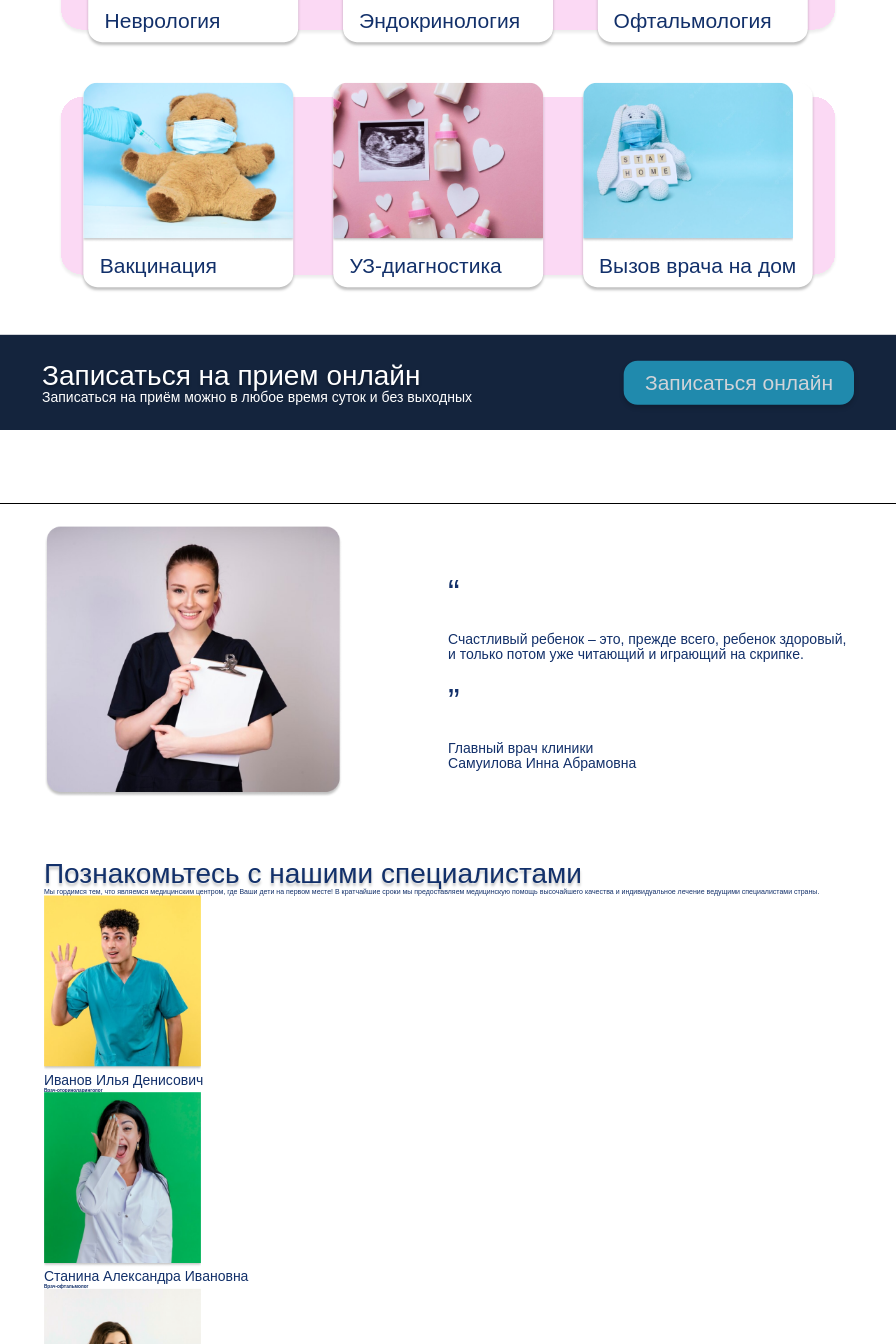
Repository: Normandy72/Landing-Page-Happy-Child
Page: index.html
These files come from the project's save history. The page is drawn as it stood at one moment and after the next save; the edit follows.
The browser window is 1280 px wide. The pictures show the part of the page from y = 2185 to 4105 px (the page is 8064 px tall), at 70% of full size.
Some web fonts or font styles are not loaded; a fallback is used.

Above is the page before, as saved 2022-11-12 14:29:54.

### index.html
<!DOCTYPE html>
<html lang="en">
<head>
    <meta charset="UTF-8">
    <meta http-equiv="X-UA-Compatible" content="IE=edge">
    <meta name="viewport" content="width=device-width, initial-scale=1.0">
    <link href="https://fonts.googleapis.com/css2?family=Neucha&display=swap" rel="stylesheet">
    <link href="https://fonts.googleapis.com/css2?family=Coustard:wght@400;900&display=swap" rel="stylesheet">
    <link rel="icon" href="resources/icon/stethoscope.ico" sizes="16x16">
    <link rel="icon" href="resources/icon/stethoscope.ico" sizes="32x32">
    <link rel="icon" href="resources/icon/stethoscope.ico" sizes="64x64">
    <link rel="stylesheet" href="styles/main.css">
    <title>Happy Child</title>
</head>

<body>
    <header>
        <div class="wrapper layout-3-columns">
            <a href="#">
                <div class="header__logo"></div>
            </a>
            <nav class="header__navigation">
                <a class = "navigation__link" href="#">Главная</a>
                <a class = "navigation__link" href="#">Услуги</a>
                <a class = "navigation__link" href="#">Врачи</a>
                <a class = "navigation__link" href="#">Новости</a>
                <a class = "navigation__link" href="#">Запись на прием</a>
                <a class = "navigation__link" href="#">Контакты</a>
            </nav>
            <a href="tel: +375291030303">
                <div class="header__phone"></div>
            </a>
        </div>
    </header>

    <main>
        <section class="section__main">
            <div class="wrapper">
                <div class="main__text">
                    <div class="main__logo"></div>
                    <h1>Медицинский центр для детей</h1>
                    <h5>только актуальные рекомендации, основанные на доказательствах</h5>
                    <button class="button button_accented">Записаться на прием</button>
                </div>
            </div>
        </section>

        <section class="section__information wrapper">
            <div class="information__block block__phone">
                <div class="block__icon"></div>
                <h2>Контакты</h2>
                <h3>+375 29 103-03-03</h3>
                <h3>+375 17 103-03-03</h3>
            </div>
            <div class="information__block block__shedule">
                <div class="block__icon"></div>
                <h2>График работы</h2>
                <h3>Пн. - Пт. :    8:00 - 21:00</h3>
                <h3>Сб. - Вс. :    9:00 - 18:00</h3>
            </div>
        </section>

        <section class="section__services">
            <div class="wrapper">
                <h2 class="heading_dark">Наши услуги</h2>
                <div class="divider"></div>
                <div class="services__cards layout-3-columns">
                    <div class="services__card">
                        <img src="resources/img/services/pediatria.png" alt="pediatria">
                        <h4>Педиатрия</h4>
                    </div>

                    <div class="services__card">
                        <img src="resources/img/services/pulmo.png" alt="pulmo">
                        <h4>Пульмонология</h4>
                    </div>

                    <div class="services__card">
                        <img src="resources/img/services/cardio.png" alt="cardio">
                        <h4>Кардиология</h4>
                    </div>
                </div>

                <div class="services__cards layout-3-columns">
                    <div class="services__card">
                        <img src="resources/img/services/lor.png" alt="lor">
                        <h4>Оториноларингология</h4>
                    </div>

                    <div class="services__card">
                        <img src="resources/img/services/allergo.png" alt="allergo">
                        <h4>Аллергология</h4>
                    </div>

                    <div class="services__card">
                        <img src="resources/img/services/surgery.png" alt="surgery">
                        <h4>Хирургия</h4>
                    </div>
                </div>

                <div class="services__cards layout-3-columns">
                    <div class="services__card">
                        <img src="resources/img/services/neuro.png" alt="neuro">
                        <h4>Неврология</h4>
                    </div>

                    <div class="services__card">
                        <img src="resources/img/services/endocryn.png" alt="endocryn">
                        <h4>Эндокринология</h4>
                    </div>

                    <div class="services__card">
                        <img src="resources/img/services/ophtalm.png" alt="ophtalm">
                        <h4>Офтальмология</h4>
                    </div>
                </div>

                <div class="services__cards layout-3-columns">
                    <div class="services__card">
                        <img src="resources/img/services/vaccination.png" alt="vaccination">
                        <h4>Вакцинация</h4>
                    </div>

                    <div class="services__card">
                        <img src="resources/img/services/usd.png" alt="usd">
                        <h4>УЗ-диагностика</h4>
                    </div>

                    <div class="services__card">
                        <img src="resources/img/services/stayhome.png" alt="stayhome">
                        <h4>Вызов врача на дом</h4>
                    </div>
                </div>
            </div>
        </section>

        <section class="section__addition">
            <div class="wrapper addition__info layout-2-columns">
                <div class="addition__text">
                    <h2>Записаться на прием онлайн</h2>
                    <h5>Записаться на приём можно в любое время суток и без выходных</h5>
                </div>
                <button class="button button_standart">Записаться онлайн</button>
            </div>
        </section>

        <section class="wrapper section__chief layout-2-columns">
            <div class="chief__foto"></div>
            <div class="chief__text">
                <div class="text__lines">
                    <div class="lines__line"></div>
                    <p>“</p>
                    <div class="lines__line"></div>
                </div>
                <h5>Счастливый ребенок – это, прежде всего, ребенок здоровый, и только потом уже читающий
                и играющий на скрипке.</h5>
                <div class="text__lines">
                    <div class="lines__line"></div>
                    <p>”</p>
                    <div class="lines__line"></div>
                </div>
                <h5>Главный врач клиники</h5>
                <div class="chief__logo"></div>
                <h5>Самуилова Инна Абрамовна</h5>
            </div>
        </section>

        <section class="wrapper section__doctors">
            <h2 class="heading_dark">Познакомьтесь с нашими специалистами</h2>
            <p>Мы гордимся тем, что являемся медицинским центром, где Ваши дети на первом месте!
                В кратчайшие сроки мы предоставляем медицинскую помощь высочайшего качества и индивидуальное лечение ведущими специалистами страны. </p>
            <div class="doctors__arrays">
                <div></div>
                <div></div>
            </div>
            <div class="doctors__cards">
                <div class="doctors__card">
                    <img src="resources/img/doctors/ivanov1.png" alt="ivanov1">
                    <h5>Иванов Илья Денисович</h5>
                    <h6>Врач-оториноларинголог</h6>
                </div>

                <div class="doctors__card">
                    <img src="resources/img/doctors/stanina1.png" alt="stanina1">
                    <h5>Станина Александра Ивановна</h5>
                    <h6>Врач-офтальмолог</h6>
                </div>

                <div class="doctors__card">
                    <img src="resources/img/doctors/tkachenko1.png" alt="tkachenko1">
                    <h5>Ткаченко Антонина Львовна</h5>
                    <h6>Врач-невролог</h6>
                </div>

                <div class="doctors__card">
                    <img src="resources/img/doctors/savenko1.png" alt="savenko1">
                    <h5>Савенко Алина Викторовна</h5>
                    <h6>Врач-педиатр</h6>
                </div>

                <div class="doctors__card">
                    <img src="resources/img/doctors/krotov1.png" alt="krotov1">
                    <h5>Кротов Алексей Геннадьевич</h5>
                    <h6>Врач-хирург</h6>
                </div>

                <div class="doctors__card">
                    <img src="resources/img/doctors/karpovich1.png" alt="karpovich1">
                    <h5>Карпович Анна Игоревна</h5>
                    <h6>Врач-кардиолог</h6>
                </div>

                <div class="doctors__card">
                    <img src="resources/img/doctors/akulich1.png" alt="akulich1">
                    <h5>Акулич Олег Васильевич</h5>
                    <h6>Врач-эндокринолог</h6>
                </div>

                <div class="doctors__card">
                    <img src="resources/img/doctors/astapenko1.png" alt="astapenko1">
                    <h5>Астапенко Ирина Эдуардовна</h5>
                    <h6>Врач УЗ-диагностики</h6>
                </div>
            </div>
        </section>

        <section>
            <div class="section__lines">
                <div></div>
                <div></div>
                <div></div>
            </div>
            <div class="wrapper section__news">
                <h2 class="heading_dark">Новости</h2>
                <div class="news_card">
                    <img src="resources/img/news/news1.png" alt="news1">
                    <h4>25. 07. 2022   15 : 00</h4>
                    <h3>Всемирный день здоровья полости рта</h3>
                    <h5>Взрослея, организм ребенка испытывает множество изменений. В честь Всемирного дня здоровья полости рта наши стоматологи расскажут родителям и детям, как заботиться о зубах и деснах в разных возрастных периодах, какие средства использовать, чтобы смена молочных зубов прошла легко и безболезненно, и еще много-много полезного!</h5>
                    <a href="#">Подробнее...</a>
                </div>

                <div class="news_card">
                    <img src="resources/img/news/news2.png" alt="news1">
                    <h4>27. 07. 2022   13 : 30</h4>
                    <h3>Европейская неделя иммунизации</h3>
                    <h5>Знаете ли Вы, что иммунизация является единственным и надежным способом борьбы с эпидемиологическими заболеваниями, такими как корь, полиомиелит, эпидемический паротит и др.? В рамках Европейской недели иммунизации врач-педиатр Савенко Алина Викторовна познакомит Вас с текущим календарем профилактических прививок и ответит на все волнующие Вас вопросы! </h5>
                    <a href="#">Подробнее...</a>
                </div>

                <div class="news_card">
                    <img src="resources/img/news/news3.png" alt="news1">
                    <h4>28. 07. 2022    16 : 00</h4>
                    <h3>Международный день офтальмологии</h3>
                    <h5>Ухудшение зрения может лишить человека возможности заниматься любимым делом. Хорошо, что современная офтальмология обладает широкими возможностями для лечения многих заболеваний глаз.  Приходите к нам в Международный день офтальмологии и узнайте, что рекомендуют специалисты для профилактии заболеваний глаз.</h5>
                    <a href="#">Подробнее...</a>
                </div>
            </div>
        </section>

        <section class="section__addition">
            <div class="wrapper addition__info layout-2-columns">
                <div class="addition__text">
                    <h2>Подписаться на рассылку</h2>
                    <h5>Будьте в курсе новостей !</h5>
                </div>
                <form class="addition__form">
                    <input class = "addition__input" type="text" value="Email">
                    <button class="button button_standart">Подписаться</button>
                </form>
            </div>
        </section>

        <section class="wrapper section__callback">
            <div class="callback__form">
                <h2 class="heading_dark">Остались вопросы?</h2>
                <h5>Оставьте заявку, мы Вам перезвоним!</h5>
                <form action="">
                    <input class="callback__input" type="text" value="Ваше имя">
			        <input class="callback__input" type="tel" placeholder="Номер телефона" pattern="+375(29,17,33,44)[0-9]{3}-[0-9]{2}-[0-9]{2}" required>
			        <select class="callback__input" name="menu" size="1">
				        <option>Желаемая услуга</option>
				        <option value="ped">Педиатрия</option>
				        <option value="pulmo">Пульмонология</option>
				        <option value="cardio">Кардиология</option>
				        <option value="lor">Оториноларингология</option>
				        <option value="allergo">Аллергология</option>
				        <option value="surg">Хирургия</option>
				        <option value="neuro">Неврология</option>
				        <option value="endocryn">Эндокринология</option>
				        <option value="ophtalm">Офтальмология</option>
				        <option value="vaccin">Вакцинация</option>
				        <option value="usd">УЗ-диагностика</option>
				        <option value="stayhome">Вызов врача на дом</option>
			        </select>
			        <input class="callback__input" type="date" value="2022-01-01" min="2022-01-01" max="2022-12-31">
                    <label class="callback__checkbox">
                        <input type="checkbox">
                        Я даю согласие на хранение и обработку персональных данных
                    </label>
			        <button class="button button_standart">Оставить заявку</button>
                </form>
            </div>
            <div class="callback__photo"></div>
        </section>

        <section class="wrapper section__contacts">
            <h2 class="heading_dark">Ждем Вас в нашем центре !</h2>
            <div class="contacts__info">
                <h3>Контакты</h3>
                <h5>Мы находимся по адресу:</h5>
                <h4>г. Минск, ул. Матусевича, 70</h4>
                <h5>Связаться:</h5>
                <a href="tel: +375291030303">+375 29 103-03-03</a>
                <a href="tel: +375171030303">+375 17 103-03-03</a>
                <h5>Мы в соц. сетях:</h5>
                <div class="contacts__social">
                    <a href="#"></a>
                </div>
                <div class="contacts__social">
                    <a href="#"></a>
                </div>
                <div class="contacts__social">
                    <a href="#"></a>
                </div>
            </div>
            <div class="contacts__map">
                <iframe src="https://www.google.com/maps/embed?pb=!1m18!1m12!1m3!1d2349.7572817965843!2d27.4501670158107!3d53.91828888010291!2m3!1f0!2f0!3f0!3m2!1i1024!2i768!4f13.1!3m3!1m2!1s0x46dbc52f35b245d3%3A0x98f1d72de22c93c4!2z0YPQu9C40YbQsCDQnNCw0YLRg9GB0LXQstC40YfQsCA3MCwg0JzQuNC90YHQug!5e0!3m2!1sru!2sby!4v1659879735812!5m2!1sru!2sby" width="50%" height="562px" style="border:0;" allowfullscreen="" loading="lazy" referrerpolicy="no-referrer-when-downgrade"></iframe>
            </div>
        </section>
    </main>

    <footer>
        <div class="wrapper">
            <h5>ООО “HappyChild” © 2022</h5>
            <a href="#">Политика конфиденциальности</a>
        </div>
    </footer>
</body>
</html>

### styles/main.css
@import url(base.css);
@import url(buttons.css);
@import url(footer.css);
@import url(form.css);
@import url(header.css);
@import url(headings.css);
@import url(layouts.css);
@import url(links.css);
@import url(section_addition.css);
@import url(section_chief.css);
@import url(section_information.css);
@import url(section_main.css);
@import url(section_services.css);
@import url(variables.css);

### styles/base.css
*{
    margin: 0;
    padding: 0;
    box-sizing: border-box;
}

html{
    scroll-behavior: smooth;
}

body{
    font-family: var(--main-font);
    font-size: 10px;
    color: var(--text-dark-color);
}

.wrapper{
    max-width: 1180px;
    min-width: 480px;
    padding: 0 1%;
    margin: auto;
}

.divider{
    width: 100%;
}

### styles/buttons.css
.button{
    border-radius: 20px;
    border: none;
    filter: drop-shadow(0px 4px 4px rgba(0, 0, 0, 0.25));
    padding: 15px 30px;
    opacity: 0.8;

    font-family: var(--main-font);
    font-style: normal;
    font-weight: 400;
    font-size: var(--buttons-font-size);
    line-height: 33px;
    display: flex;
    align-items: center;
    text-align: center;
    color: var(--buttons-text-color);
}

.button_accented{
    background-color: var(--accented-button-color);
}

.button_standart{
    background-color: var(--standart-button-color);
}

.button:hover{
    cursor: pointer;
    opacity: 1;
}

### styles/header.css
header{
    width: 100%;
    background-color: var(--header-color);
    box-shadow: var(--shadow);
    position: fixed;
    top: 0;
    z-index: 2;
}

header .wrapper{
    padding-top: 30px;
    padding-bottom: 20px;
}

.header__logo{
    background-image: url(../resources/icon/HappyChild_small.svg);
    background-repeat: no-repeat;
    width: 136px;
    height: 31px;
}

.header__logo:hover{
    transform: scale(1.2);
    transition-duration: 0.5s;
}

.header__navigation{
    display: flex;
    align-items: center;
    justify-content: space-between;
}

.navigation__link{
    padding-right: 25px;
}

.header__phone{
    background-image: url(../resources/icon/phone.svg);
    background-repeat: no-repeat;
    width: 32px;
    height: 32px;
}

.header__phone:hover{
    transform: scale(1.2);
    transition-duration: 0.5s;
}

### styles/headings.css
h1{
    font-size: var(--h1-font-size);
    font-style: normal;
    font-weight: 400;
    line-height: 50px;
}

h2{
    font-size: var(--h2-font-size);
    font-style: normal;
    font-weight: 400;
    line-height: 42px;
    text-shadow: var(--shadow);
}

h3{
    font-size: var(--h3-font-size);
    font-style: normal;
    font-weight: 400;
    line-height: 37px;
}

h4{
    font-size: var(--h4-font-size);
    font-style: normal;
    font-weight: 400;
    line-height: 32px;
}

h5{
    font-size: var(--h5-font-size);
    font-style: normal;
    font-weight: 400;
    line-height: 22px;
}

h6{

}

### styles/layouts.css
.layout-3-columns{
    display: flex;
    align-items: center;
    justify-content: space-between;
    flex-wrap: wrap;
    flex-basis: 33%;
}

.layout-2-columns{
    display: flex;
    align-items: center;
    justify-content: space-between;
    flex-wrap: wrap;
    flex-basis: 45%;
}

### styles/links.css
a{
    text-decoration: none;
    color: var(--links-color);
    text-shadow: var(--shadow);
    font-size: var(--links-font-size);
}

a:hover{
    cursor: pointer;
    color: var(--links-hover-color);
    transition: var(--transition);
}

### styles/section_addition.css
.section__addition{
    color: var(--text-ligth-color);
    background-color: var(--added-blocks-color);
}

.addition__info{
    padding: 36px 10px;
}

### styles/section_chief.css
.section__chief{
    padding-top: 138px;
    padding-bottom: 88px;
}

.chief__foto{
    background-image: url(../resources/img/doctors/chief1.png);
    background-repeat: no-repeat;
    background-size: cover;
    width: 426px;
    height: 386px;
}

.chief__text{
    width: 50%;
    display: flex;
    flex-direction: column;
    justify-content: space-between;
}

.text__lines{
    padding-bottom: 30px;
    padding-top: 30px;
}

.text__lines p{
    font-family: var(--second-font);
    font-style: normal;
    font-weight: 400;
    font-size: 50px;
    line-height: 52px;
}

.lines__line{
    background-image: url(../resources/img/line.svg);
}

### styles/section_information.css
.section__information{
    margin-top: -15px;
    display: flex;
    justify-content: center;
    color: var(--text-ligth-color);
    margin-bottom: 150px;
}

.information__block{
    width: 40%;
    background-color: var(--added-blocks-color);
    padding: 35px 60px 35px 100px;
}

.information__block h2{
    margin: -55px 0 40px 80px;
}

.block__phone{
    border-radius: 30px 30px 0 30px;
    margin-right: 10px;
}

.block__shedule{
    border-radius: 30px 30px 30px 0;
    margin-left: 10px;
}

.block__icon{
    background-size: contain;
    background-repeat: no-repeat;
}

.block__phone .block__icon{
    width: 63px;
    height: 63px;
    background-image: url(../resources/icon/phone.svg);
}

.block__shedule .block__icon{
    width: 70px;
    height: 70px;
    background-image: url(../resources/icon/watch.svg);
}

### styles/section_main.css
.section__main{
    width: 100%;
    height: 750px;
    background-image: url(../resources/img/girl.jpg);
    background-size: cover;
    background-repeat: no-repeat;
}

.main__text{
    padding-top: 165px;
    width: 540px;
    display: flex;
    flex-direction: column;
    align-items: center;
}

.main__logo{
    background-image: url(../resources/icon/HappyChild_big.png);
    background-repeat: no-repeat;
    width: 388px;
    height: 99px;
    margin-bottom: 5px;
}

.main__text h1{
    padding-bottom: 15px;
    text-shadow: var(--shadow);
}

.main__text h5{
    padding-bottom: 65px;
    text-shadow: var(--shadow);
}

### styles/section_services.css
.section__services .layout-3-columns{
    justify-content: space-evenly;
}

.section__services h2{
    display: block;
    margin: -60px 0 40px 42%;
}

.services__cards{
    background-image: url(../resources/img/line.svg);
    background-position: center;
    background-repeat: no-repeat;
    margin-bottom: 68px;
}

.services__card{
    background-color: var(--cards-color);
    border-radius: 20px;
    box-shadow: var(--shadow);
    margin-top: -10px;
}

.services__card img{
    border-radius: 20px 20px 0 0;
}

.services__card h4{
    padding: 15px 23px;
}

.services__card:hover{
    transform: scale(1.1);
    transition-duration: 0.5s;
    cursor: pointer;
}

### styles/variables.css
:root{
    /* fonts */
    --main-font: 'Neucha', Arial, cursive;
    --second-font:'Coustard', Arial;

    /* font sizes */
    --h1-font-size: 45px;
    --h2-font-size: 40px;
    --h3-font-size: 35px;
    --h4-font-size: 30px;
    --h5-font-size: 20px;
    --links-font-size: 25px;
    --buttons-font-size: 30px;

    /* colors */
    --header-color: rgba(35, 164, 201, 0.9);
    --links-color:  #FFFFFF;
    --links-hover-color: #12306A;
    --text-dark-color:#12306A;
    --text-ligth-color:#FFFFFF;
    --buttons-text-color: #FFFFFF;
    --accented-button-color: hsl(313, 94%, 45%);
    --standart-button-color:rgba(35, 164, 201);
    --added-blocks-color: #14243D;
    --cards-color: white;

    /* transition */
    --transition: all .3s ease-out;

    /* Other */
    --shadow: 0px 4px 4px rgba(0, 0, 0, 0.25);
}

Loaded but not shown: styles/footer.css (no copy from this time; the picture is the same without it); styles/form.css (no copy from this time; the picture is the same without it)

After the next save:
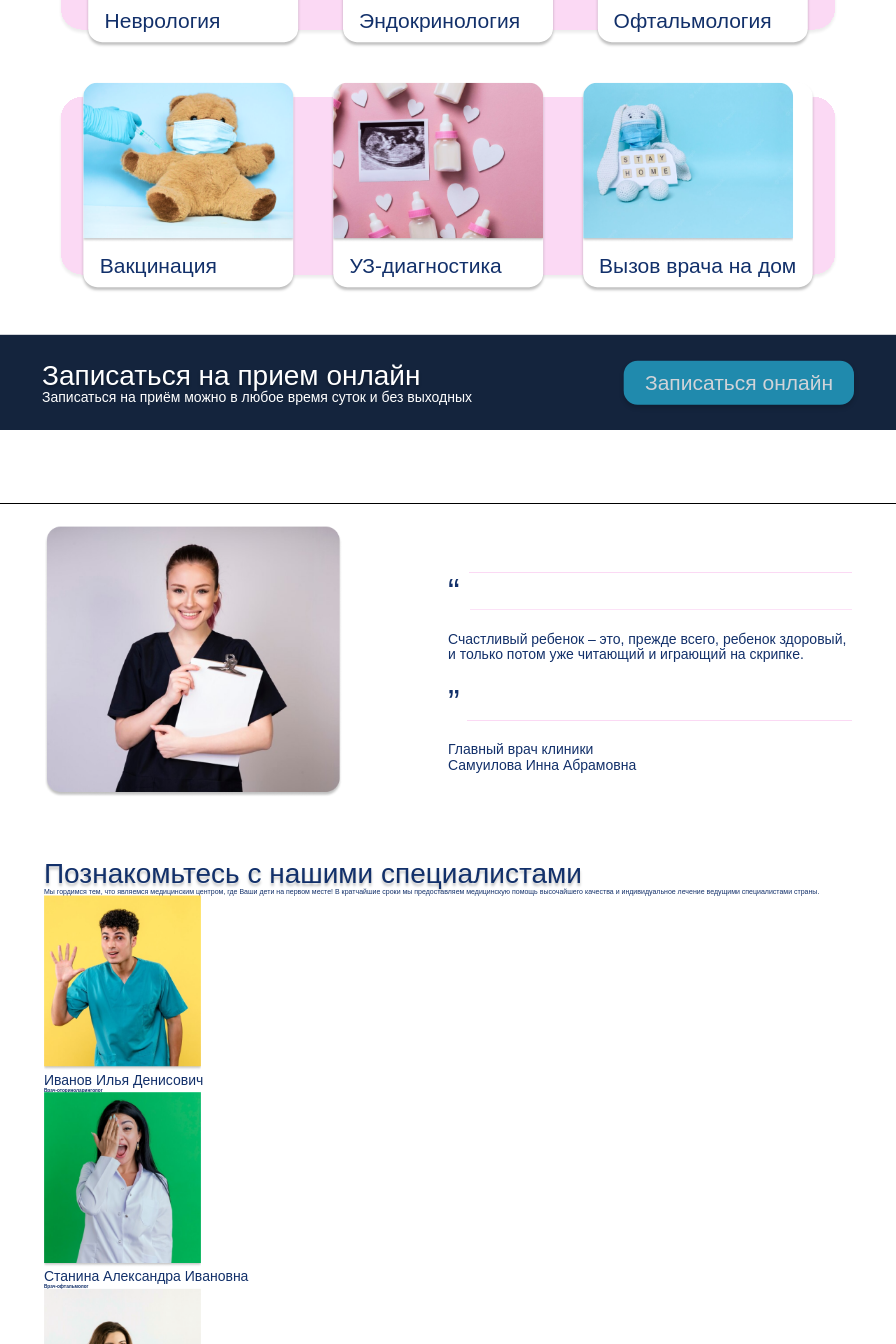
Saved 10 s later.
--- a/styles/section_chief.css
+++ b/styles/section_chief.css
@@ -33,4 +33,5 @@
 
 .lines__line{
     background-image: url(../resources/img/line.svg);
+    height: 1px;
 }
